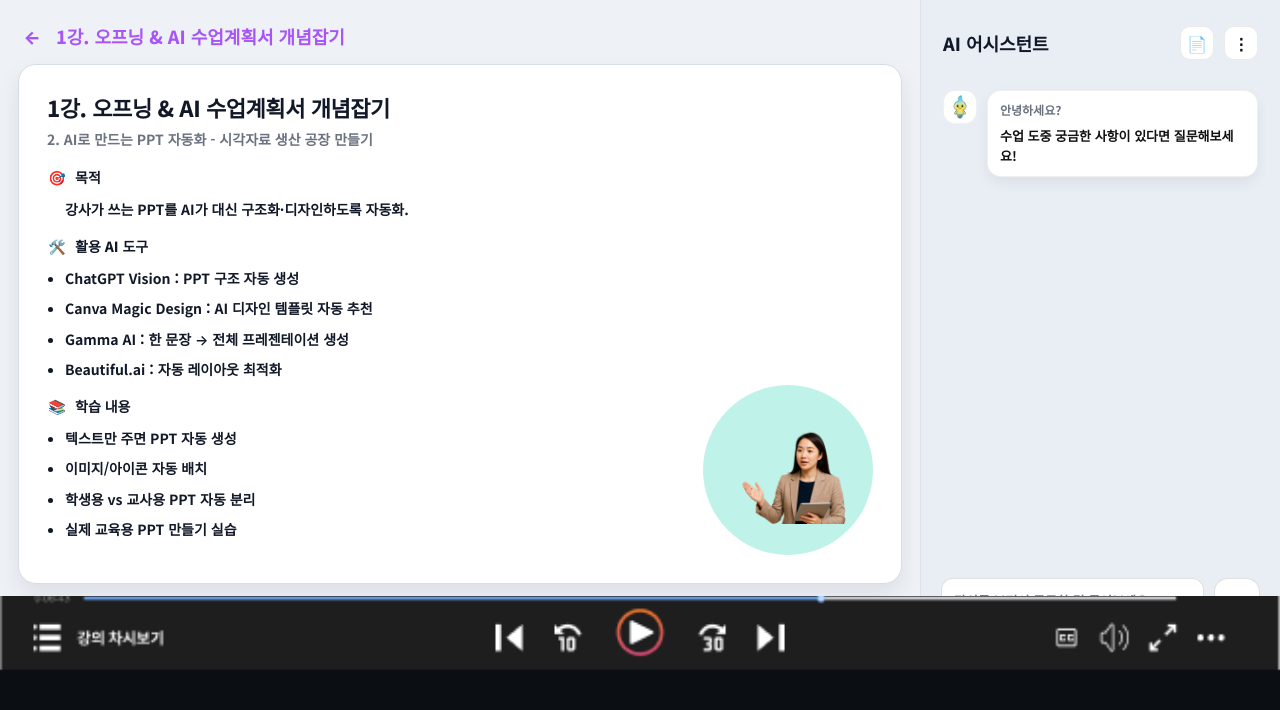
Repository: Iimchaehoon/level_up
Page: player.html
These files come from the project's save history. The page is drawn as it stood at one moment and after the next save; the edit follows.
The browser window is 1280 px wide. The pictures show the whole page.

Above is the page before, as saved 2025-12-14 19:33:59.

### player.html
<!doctype html>
<html lang="ko">
<head>
  <meta charset="UTF-8" />
  <meta name="viewport" content="width=device-width,initial-scale=1" />
  <title>강의 플레이어 | LEVEL-UP</title>

  <link rel="preconnect" href="https://fonts.googleapis.com" />
  <link rel="preconnect" href="https://fonts.gstatic.com" crossorigin />
  <link href="https://fonts.googleapis.com/css2?family=Noto+Sans+KR:wght@400;500;700;800&display=swap" rel="stylesheet" />

  <style>
    :root{
      --bg:#eef1f6;
      --card:#ffffff;
      --line:#d6dde8;
      --text:#111827;
      --muted:#6b7280;
      --purple:#a855f7;
      --shadow:0 10px 22px rgba(15,23,42,.08);
      --radius:18px;
      --sidebarW:360px;
      --playerH:84px;
    }

    *{ box-sizing:border-box; }
    html,body{ height:100%; }
    body{
      margin:0;
      font-family:"Noto Sans KR",system-ui,-apple-system,BlinkMacSystemFont,"Segoe UI",sans-serif;
      color:var(--text);
      background:var(--bg);
      overflow:hidden; /* 피그마처럼 전체 스크롤 최소화 */
    }
    img{ max-width:100%; display:block; }
    button,input{ font-family:inherit; }
    a{ color:inherit; text-decoration:none; }

    /* ===== 전체 레이아웃 ===== */
    .app{
      height:100vh;
      display:grid;
      grid-template-columns: 1fr var(--sidebarW);
      padding-bottom: var(--playerH); /* 하단 플레이어바 자리 */
    }

    /* ===== 좌측 컨텐츠 ===== */
    .stage{
      position:relative;
      padding:18px 18px 18px 18px;
      overflow:auto;
    }

    .topline{
      display:flex;
      align-items:center;
      gap:10px;
      padding:4px 0 14px;
      color:var(--purple);
      font-weight:800;
      font-size:18px;
    }
    .back{
      width:28px; height:28px;
      border-radius:999px;
      display:grid; place-items:center;
      cursor:pointer;
      user-select:none;
    }
    .back:hover{ background:rgba(168,85,247,.12); }

    .content-card{
      background:var(--card);
      border:1px solid var(--line);
      border-radius: var(--radius);
      box-shadow: var(--shadow);
      padding:26px 28px;
      min-height: 520px;
      position:relative;
    }

    .h1{
      margin:0 0 6px;
      font-size:22px;
      font-weight:900;
      letter-spacing:-0.02em;
    }
    .h2{
      margin:0 0 18px;
      font-size:14px;
      font-weight:700;
      color:var(--muted);
    }

    .sec{
      margin-top:14px;
    }
    .sec-title{
      display:flex;
      align-items:center;
      gap:8px;
      margin:0 0 10px;
      font-weight:900;
      font-size:14px;
    }
    .sec-title .emoji{
      width:20px;
      display:inline-grid;
      place-items:center;
      font-size:14px;
    }
    .bullets{
      margin:0;
      padding-left:18px;
      color:var(--text);
      font-weight:600;
      line-height:1.75;
      font-size:14px;
    }
    .bullets li{ margin:6px 0; }

    /* 우하단 강사 이미지(원형 배경) */
    .teacher-badge{
      position:absolute;
      right:28px;
      bottom:28px;
      width:170px;
      height:170px;
      border-radius:999px;
      background: #bff3ea;
      display:grid;
      place-items:center;
    }
    .teacher-badge img{
      width:145px;
      height:auto;
      transform: translateY(6px);
    }

    /* ===== 우측 AI 어시스턴트 ===== */
    .sidebar{
      background:#e9edf4;
      border-left:1px solid rgba(0,0,0,.05);
      display:flex;
      flex-direction:column;
      padding:16px 14px 14px;
      overflow:hidden;
    }

    .side-head{
      display:flex;
      align-items:center;
      justify-content:space-between;
      padding:10px 8px 12px;
      font-weight:900;
      font-size:18px;
    }
    .side-actions{
      display:flex;
      gap:10px;
      color:#111;
    }
    .iconbtn{
      width:34px;
      height:34px;
      border-radius:10px;
      border:1px solid rgba(0,0,0,.08);
      background:#fff;
      cursor:pointer;
      display:grid;
      place-items:center;
      font-size:16px;
      user-select:none;
    }
    .iconbtn:hover{ background:#f7f8fb; }

    .chat{
      flex:1;
      overflow:auto;
      padding:8px 8px 10px;
    }

    .msg{
      display:flex;
      gap:10px;
      align-items:flex-start;
      margin:10px 0;
    }
    .avatar{
      width:34px;
      height:34px;
      border-radius:12px;
      background:#fff;
      border:1px solid rgba(0,0,0,.06);
      display:grid;
      place-items:center;
      overflow:hidden;
      flex:0 0 auto;
    }
    .avatar img{ width:26px; height:26px; object-fit:contain; }

    .bubble{
      max-width: 92%;
      background:#fff;
      border:1px solid rgba(0,0,0,.06);
      border-radius:14px;
      padding:10px 12px;
      line-height:1.55;
      font-size:13px;
      font-weight:600;
      color:#111;
      box-shadow: 0 6px 14px rgba(15,23,42,.06);
    }
    .bubble .muted{
      color:var(--muted);
      font-weight:700;
      font-size:12px;
      margin-bottom:6px;
      display:block;
    }

    .msg.user{
      justify-content:flex-end;
    }
    .msg.user .bubble{
      background:#111827;
      color:#fff;
      border-color:#111827;
      box-shadow:none;
    }

    .composer{
      padding:10px 6px 0;
      display:flex;
      gap:10px;
      align-items:center;
    }
    .input{
      flex:1;
      height:44px;
      border-radius:12px;
      border:1px solid rgba(0,0,0,.12);
      background:#fff;
      padding:0 12px;
      outline:none;
      font-size:13px;
      font-weight:600;
    }
    .send{
      width:46px;
      height:44px;
      border-radius:14px;
      border:1px solid rgba(0,0,0,.12);
      background:#fff;
      cursor:pointer;
      display:grid;
      place-items:center;
      font-size:18px;
      user-select:none;
    }
    .send:hover{ background:#f7f8fb; }

    /* ===== 하단 플레이어 바 ===== */
    .playerbar{
      position:fixed;
      left:0; right:0; bottom:0;
      height: var(--playerH);
      background:#0b0f14;
      display:flex;
      align-items:center;
      justify-content:center;
      z-index:50;
      border-top:1px solid rgba(255,255,255,.08);
    }
    .playerbar img{
      height:200%;
      width:100%;
      object-fit:cover; /* 피그마처럼 한 장 이미지로 꽉 */
    }

    /* 반응형: 좁아지면 사이드 내려가게 */
    @media (max-width: 980px){
      body{ overflow:auto; }
      .app{
        height:auto;
        grid-template-columns: 1fr;
        padding-bottom: var(--playerH);
      }
      .sidebar{
        height: 520px;
      }
    }
  </style>
</head>

<body>
  <div class="app">

    <!-- ===== 좌측 강의 화면 ===== -->
    <section class="stage" aria-label="강의 화면">
      <div class="topline">
        <div class="back" id="backBtn" title="뒤로가기">←</div>
        <div>1강. 오프닝 &amp; AI 수업계획서 개념잡기</div>
      </div>

      <div class="content-card">
        <h1 class="h1">1강. 오프닝 &amp; AI 수업계획서 개념잡기</h1>
        <p class="h2">2. AI로 만드는 PPT 자동화 - 시각자료 생산 공장 만들기</p>

        <div class="sec">
          <p class="sec-title"><span class="emoji">🎯</span> 목적</p>
          <div class="bullets">
            강사가 쓰는 PPT를 AI가 대신 구조화·디자인하도록 자동화.
          </div>
        </div>

        <div class="sec">
          <p class="sec-title"><span class="emoji">🛠️</span> 활용 AI 도구</p>
          <ul class="bullets">
            <li>ChatGPT Vision : PPT 구조 자동 생성</li>
            <li>Canva Magic Design : AI 디자인 템플릿 자동 추천</li>
            <li>Gamma AI : 한 문장 → 전체 프레젠테이션 생성</li>
            <li>Beautiful.ai : 자동 레이아웃 최적화</li>
          </ul>
        </div>

        <div class="sec">
          <p class="sec-title"><span class="emoji">📚</span> 학습 내용</p>
          <ul class="bullets">
            <li>텍스트만 주면 PPT 자동 생성</li>
            <li>이미지/아이콘 자동 배치</li>
            <li>학생용 vs 교사용 PPT 자동 분리</li>
            <li>실제 교육용 PPT 만들기 실습</li>
          </ul>
        </div>

        <!-- 우하단 원형 강사 이미지 -->
        <div class="teacher-badge" aria-hidden="true">
          <img src="./player/image_1917.png" alt="강사" />
        </div>
      </div>
    </section>

    <!-- ===== 우측 AI 어시스턴트 ===== -->
    <aside class="sidebar" aria-label="AI 어시스턴트">
      <div class="side-head">
        <div>AI 어시스턴트</div>
        <div class="side-actions">
          <div class="iconbtn" title="문서">📄</div>
          <div class="iconbtn" title="더보기">⋮</div>
        </div>
      </div>

      <div class="chat" id="chat">
        <div class="msg bot">
          <div class="avatar"><img src="./player/image_1864.png" alt="마스코트" /></div>
          <div class="bubble">
            <span class="muted">안녕하세요?</span>
            수업 도중 궁금한 사항이 있다면 질문해보세요!
          </div>
        </div>
      </div>

      <div class="composer">
        <input id="chatInput" class="input" type="text" placeholder="강의를 보면서 궁금한 걸 물어보세요!" />
        <button id="sendBtn" class="send" type="button" aria-label="전송">➜</button>
      </div>
    </aside>
  </div>

  <!-- ===== 하단 플레이어(이미지 1:1) ===== -->
  <div class="playerbar" aria-label="플레이어">
    <img src="./player/plyer_icon.png" alt="플레이어 바" />
  </div>

  <script>
    // ===== 뒤로가기(나의 강의로) =====
    document.getElementById("backBtn").addEventListener("click", () => {
      // 네 파일명이 my_lecture.html 이면 그대로, 다르면 수정
      window.location.href = "my_lecture.html";
    });

    // ===== 간단 AI Q&A (수업/강의 관련 키워드 기반) =====
    const chat = document.getElementById("chat");
    const input = document.getElementById("chatInput");
    const sendBtn = document.getElementById("sendBtn");

    // "강의 내용" 기반으로만 답하도록 룰을 잡아줌 (원하는대로 문구 변경 가능)
    function answer(text){
      const t = (text || "").trim().toLowerCase();

      // 빈값
      if(!t) return "질문을 입력해줘! 예: “오늘 강의 목적이 뭐야?”";

      // 범용
      if (t.includes("목적") || t.includes("왜") || t.includes("무슨 목적")) {
        return "이 파트의 목적은 **강사가 쓰는 PPT를 AI가 대신 구조화·디자인하도록 자동화**하는 거야.";
      }
      if (t.includes("도구") || t.includes("툴") || t.includes("사용") || t.includes("뭐로")) {
        return "활용 도구는 **ChatGPT Vision / Canva Magic Design / Gamma AI / Beautiful.ai**야.";
      }
      if (t.includes("chatgpt")) {
        return "ChatGPT Vision은 **PPT 구조(목차/슬라이드 흐름/핵심요약)**을 자동으로 잡아주는 데 좋아.";
      }
      if (t.includes("canva")) {
        return "Canva Magic Design은 **템플릿/레이아웃 추천**으로 디자인 시간을 확 줄여줘.";
      }
      if (t.includes("gamma")) {
        return "Gamma AI는 **한 문장만 줘도 전체 프레젠테이션**을 빠르게 만들어주는 쪽에 강해.";
      }
      if (t.includes("beautiful")) {
        return "Beautiful.ai는 **자동 레이아웃 정렬/정돈**이 강점이라 발표자료 마감 직전에 특히 유용해.";
      }
      if (t.includes("학습") || t.includes("배우는") || t.includes("내용")) {
        return "학습 내용은 **텍스트→PPT 자동 생성 / 이미지·아이콘 자동 배치 / 학생용·교사용 분리 / 교육용 PPT 만들기 실습**이야.";
      }
      if (t.includes("학생") || t.includes("교사용") || t.includes("분리")) {
        return "학생용/교사용 분리는 **표현 난이도·설명량·정답/해설 포함 여부**를 기준으로 AI에게 역할을 나눠서 생성시키면 돼.";
      }
      if (t.includes("질문") || t.includes("프롬프트") || t.includes("예시")) {
        return "예시 프롬프트: “중3 대상 45분 수업, 주제는 OOO. 학생용 10장/교사용 10장으로 나눠서 슬라이드 구조와 핵심 문장, 이미지 아이디어까지 제안해줘.”";
      }

      // 범위 밖 질문 필터(원하면 삭제 가능)
      if (t.includes("정치") || t.includes("주식") || t.includes("날씨")) {
        return "지금은 **수업/강의 관련 질문**에만 답변할 수 있어. 강의 내용으로 질문해줘!";
      }

      // 기본 응답
      return "좋아. 질문을 조금만 더 구체적으로 말해줘! (예: “이번 파트에서 어떤 도구를 쓰는지”, “학습 내용 요약” 등)";
    }

    function addMsg(role, text){
      const row = document.createElement("div");
      row.className = "msg " + (role === "user" ? "user" : "bot");

      if(role !== "user"){
        const av = document.createElement("div");
        av.className = "avatar";
        const img = document.createElement("img");
        img.src = "./player/image_1864.png";
        img.alt = "마스코트";
        av.appendChild(img);

        const bubble = document.createElement("div");
        bubble.className = "bubble";
        bubble.innerHTML = text;

        row.appendChild(av);
        row.appendChild(bubble);
      }else{
        const bubble = document.createElement("div");
        bubble.className = "bubble";
        bubble.textContent = text;
        row.appendChild(bubble);
      }

      chat.appendChild(row);
      chat.scrollTop = chat.scrollHeight;
    }

    function send(){
      const q = input.value.trim();
      if(!q) return;

      addMsg("user", q);
      input.value = "";

      // 살짝 딜레이로 자연스럽게
      setTimeout(() => {
        const a = answer(q);
        addMsg("bot", a);
      }, 250);
    }

    sendBtn.addEventListener("click", send);
    input.addEventListener("keydown", (e) => {
      if(e.key === "Enter") send();
    });
  </script>
</body>
</html>

After the next save:
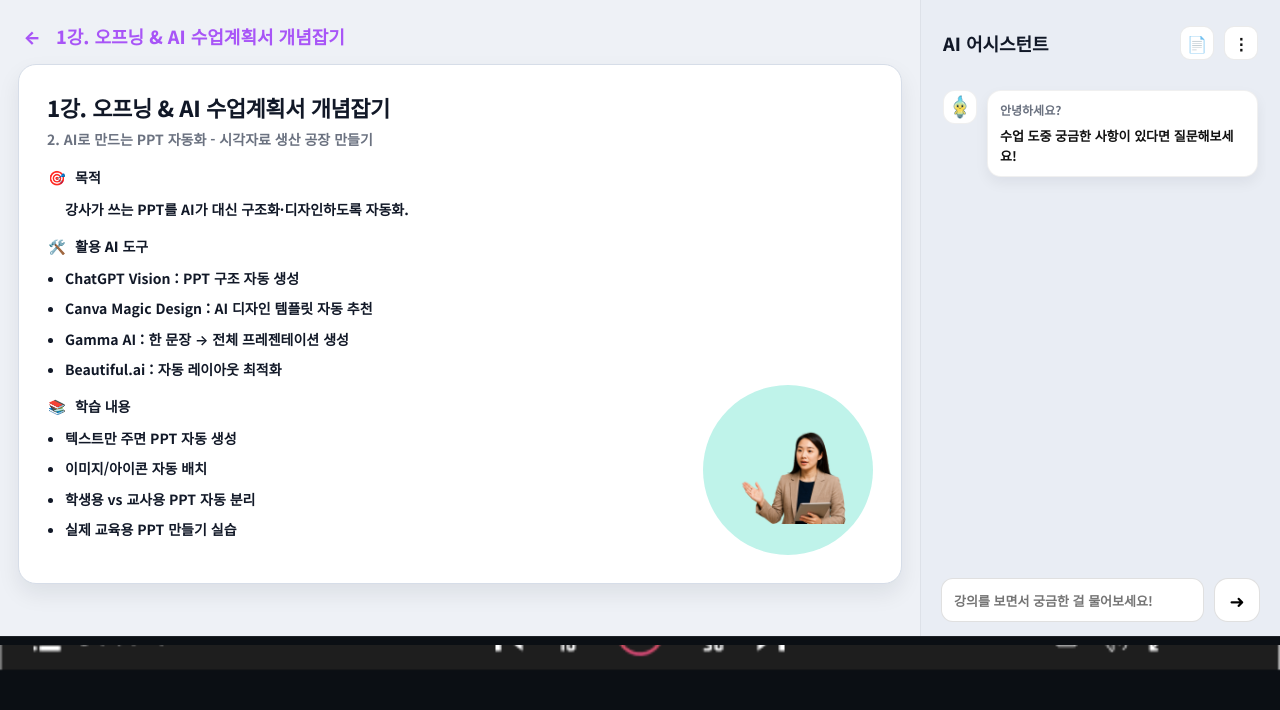
Saved 10 s later.
--- a/player.html
+++ b/player.html
@@ -273,7 +273,7 @@
       border-top:1px solid rgba(255,255,255,.08);
     }
     .playerbar img{
-      height:200%;
+      height:80%;
       width:100%;
       object-fit:cover; /* 피그마처럼 한 장 이미지로 꽉 */
     }
